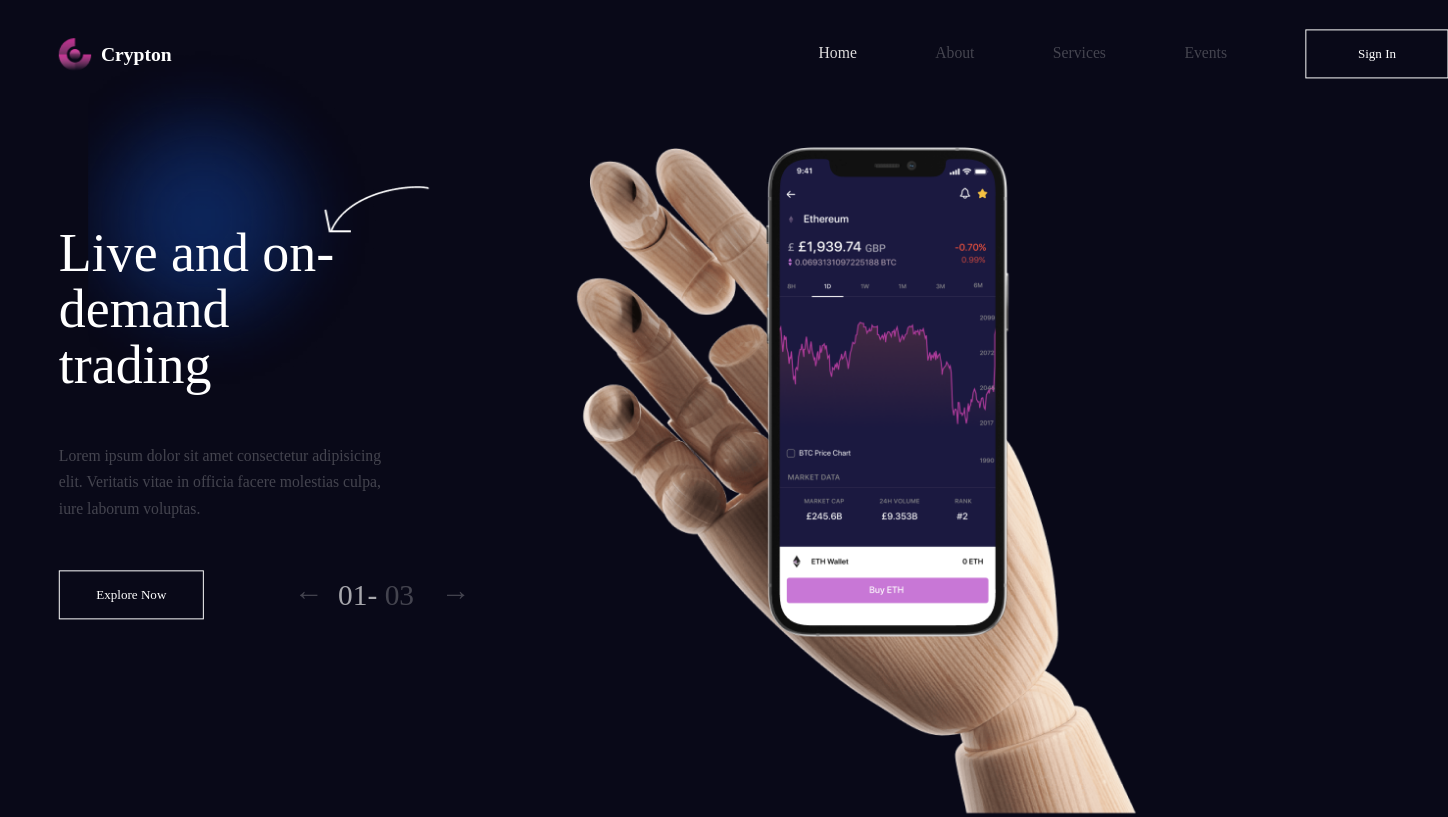
Repository: isaacCodes1/Crypton-Website
Page: index.html
An editor plug-in stored every save of this project. The page is shown before and after the next save, followed by the edit.
The browser window is 1280 px wide. The page is 1478 px wide, so the pictures cover 1478 px, including what lies to the right of the window. The pictures show the whole page, at 98% of full size.

Above is the page before, as saved 2024-05-14 20:51:29.

After the next save:
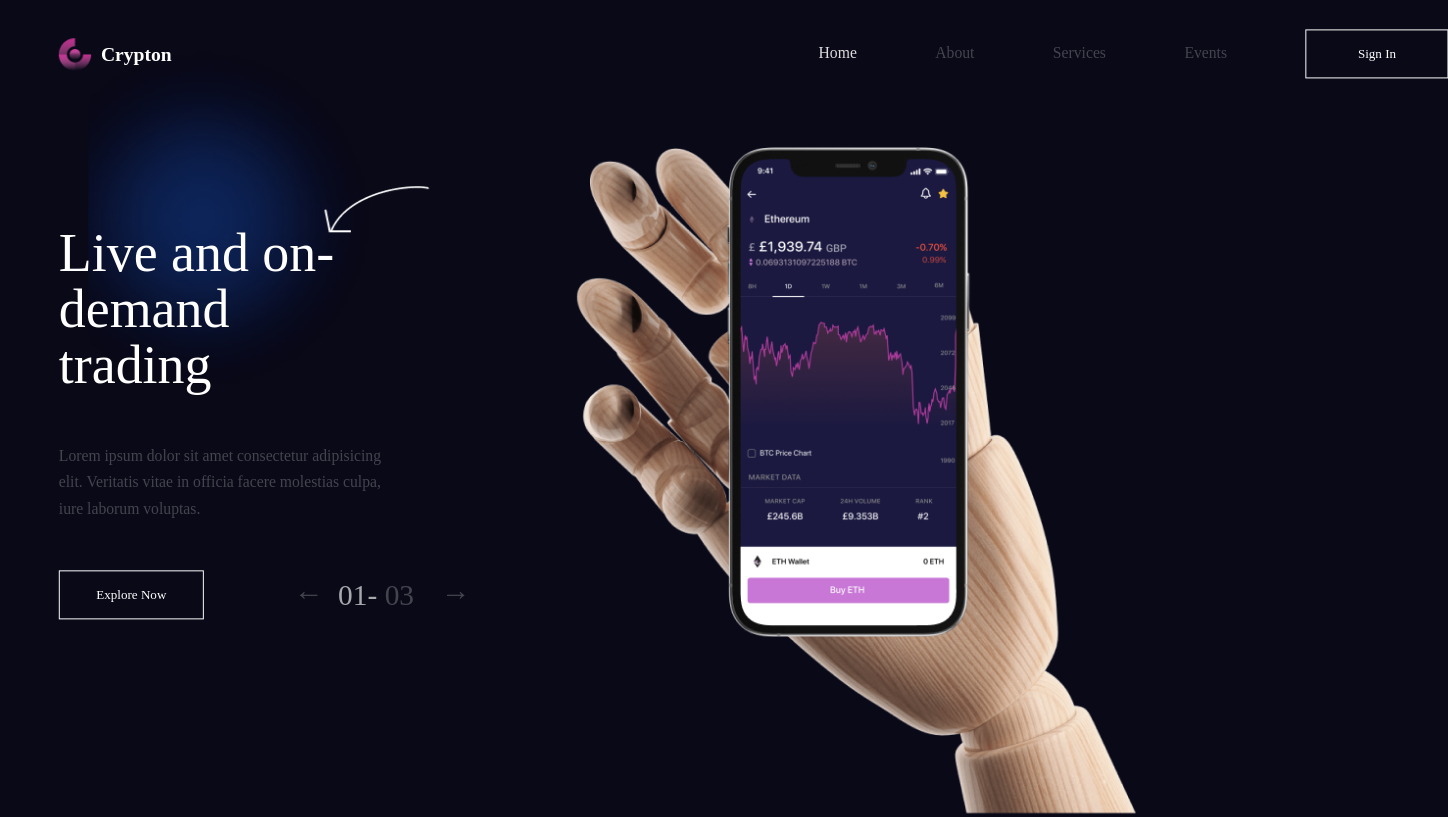
Saved 4 s later.
--- a/style.css
+++ b/style.css
@@ -139,5 +139,5 @@ body{
 }
 .wood{
     position: absolute;
-    right: 130px;
+    right: 170px;
 }
